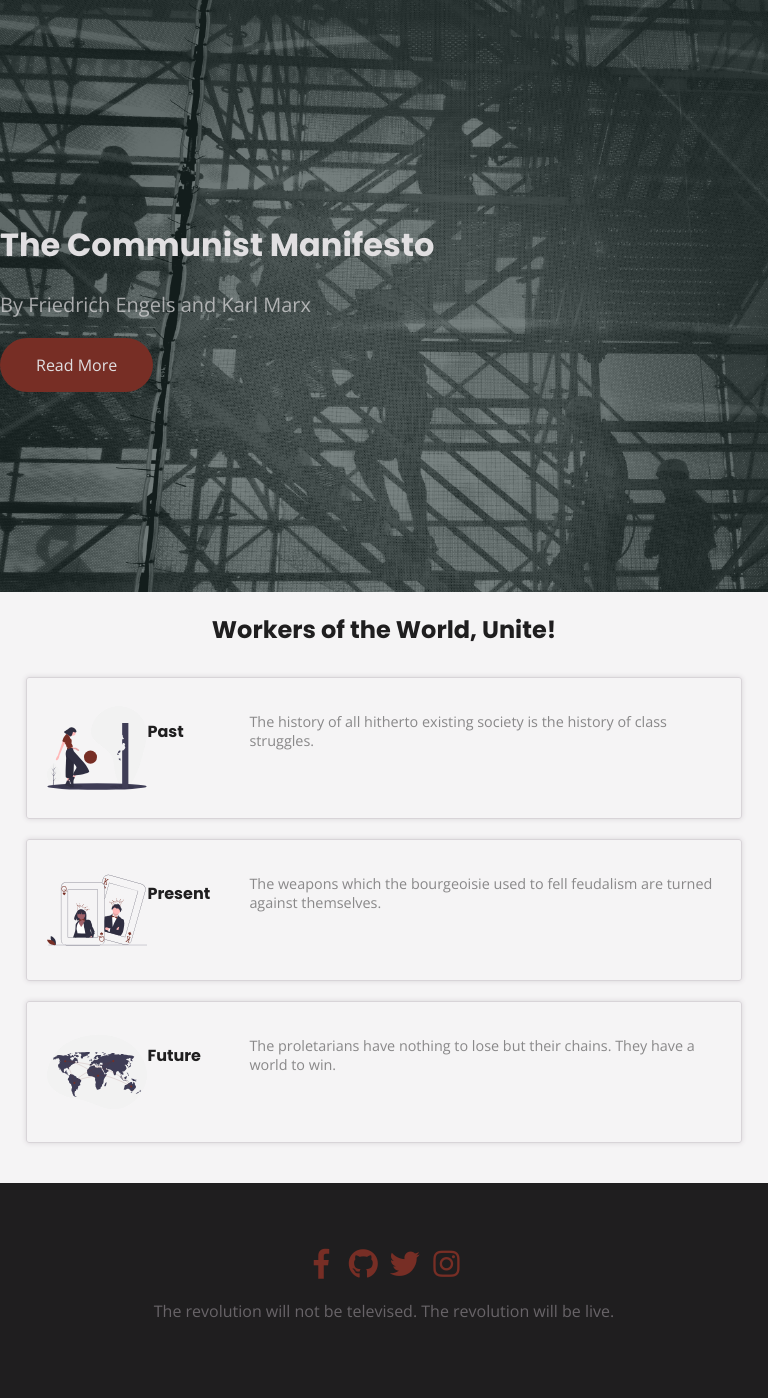
Repository: eaang/landing
Page: index.html
These files come from the project's save history. The page is drawn as it stood at one moment and after the next save; the edit follows.
The browser window is 768 px wide. The pictures show the whole page.
Some web libraries are served in a nearby version.

Above is the page before, as saved 2020-06-10 17:08:13.

After the next save:
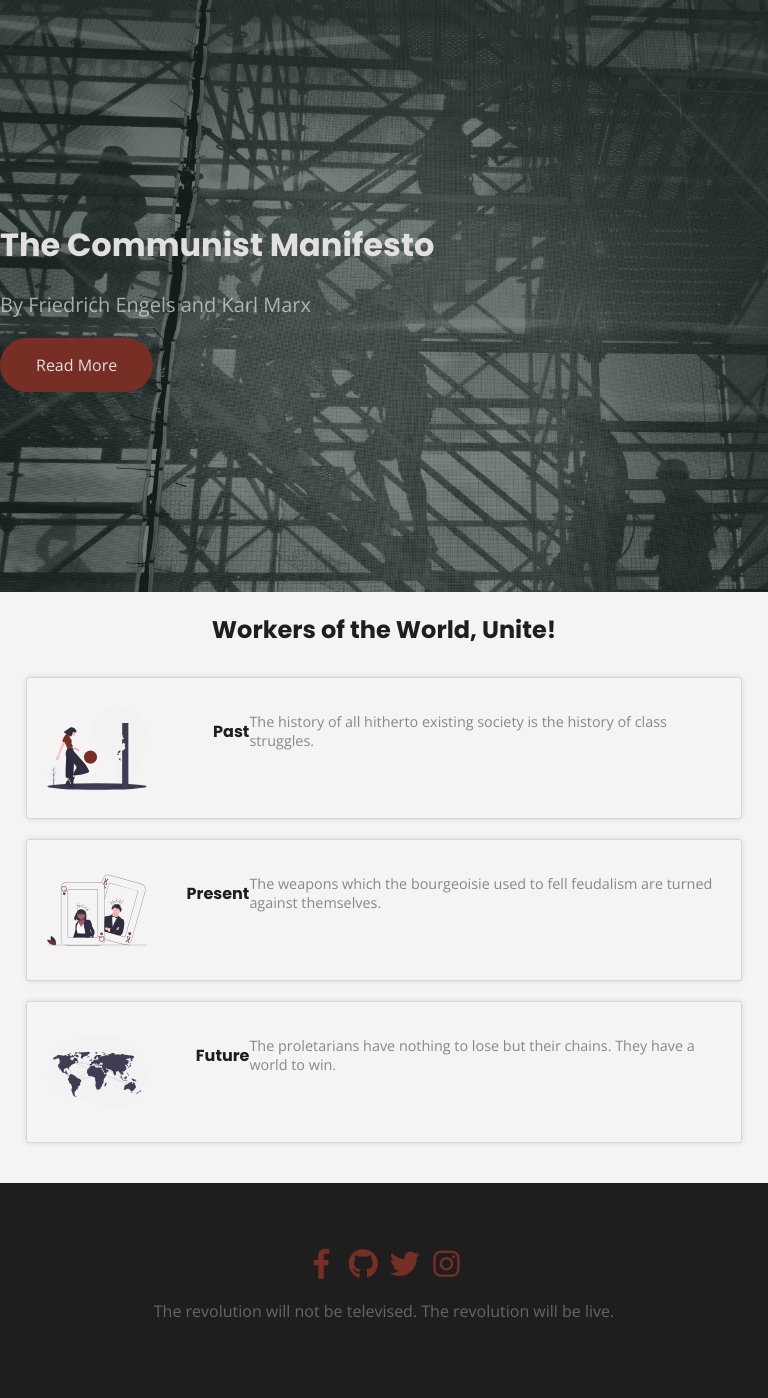
Saved 12 s later.
--- a/css/style.css
+++ b/css/style.css
@@ -143,6 +143,7 @@ a {
   }
   .card-titles {
     flex: 1 0 auto;
+    text-align: right;
   }
   .card-text {
     width: 70%;
